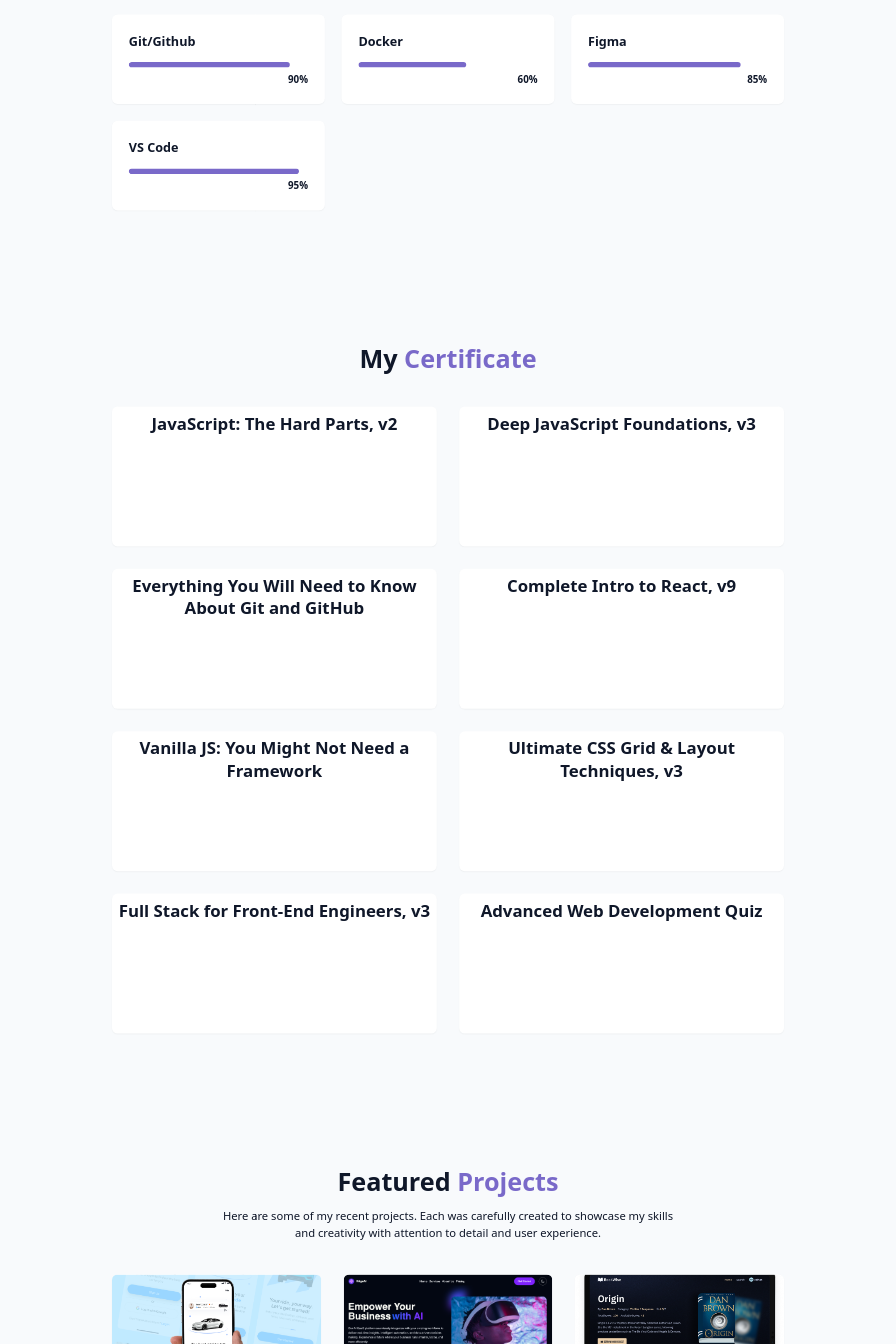
Repository: mOzariffard/Portfolio
Page: /
An editor plug-in stored every save of this project. The page is shown before and after a run of saves, followed by the edit.
The browser window is 1280 px wide. The pictures show the part of the page from y = 2412 to 4332 px (the page is 5240 px tall), at 70% of full size.
The project was rebuilt for these pictures with package versions that can differ from the ones it lists, and the page was loaded fresh each time. Also part of the build but not shown: vite.config.js, src/pages/NotFound.jsx.

Above is the page before, as saved 2025-06-30 15:29:04.

### src/App.jsx
import  Home from "./pages/Home"
import { BrowserRouter, Route, Routes } from "react-router-dom"
import NotFound from "./pages/NotFound"


function App() {

  return (
    <>
    <BrowserRouter>
    <Routes>
      <Route index element={<Home />} />
      <Route path="*" element={<NotFound />} />
    </Routes>
    </BrowserRouter>
    </>
  )
}

export default App

### src/pages/Home.jsx
import React from 'react'
import ThemeToggle from '@/components/ThemeToggle'
import StartBackground from '@/components/StartBackground'
import Navbar from '@/components/Navbar'
import HeroSection from '@/components/HeroSection'
import AboutSection from '@/components/AboutSection'
import SkillsSection from '@/components/SkillsSection'
import ProjectSection from '@/components/ProjectSection'
import CertificateSection from '../components/CertificateSection'

const Home = () => {
  return (
    <div className='min-h-screen bg-background text-foreground overflow-x-hidden'>
        {/*----------------Theme Toggle----------------*/}
        <ThemeToggle />
        {/*----------------Background Effects----------------*/}
        <StartBackground/>
        {/*----------------Nav Bar----------------*/}
        <Navbar/>
        {/*----------------Main Content----------------*/}
        <main>
        <HeroSection />
        <AboutSection />
        <SkillsSection />
        <CertificateSection />
        <ProjectSection />
        </main>
        {/*----------------Footer----------------*/}


    </div>
  )
}

export default Home

### src/components/ThemeToggle.jsx
import React, { useEffect, useState } from 'react'
import { Sun, Moon } from 'lucide-react'
import { cn } from '@/lib/utils';
const ThemeToggle = () => {
    const [isDarkMode, setIsDarkMode]= useState(false);

    useEffect(()=>{
        const storedTheme= localStorage.getItem('theme');
        if(storedTheme=== 'dark'){
            setIsDarkMode(true);
            document.documentElement.classList.add('dark');
        }else{
            localStorage.setItem('theme', 'light');
            setIsDarkMode(false);
        }
    },[])
    const toggleTheme=()=>{
        if(isDarkMode){
            document.documentElement.classList.remove('dark');
            localStorage.setItem('theme', 'light');
            setIsDarkMode(false);
        }else{
            document.documentElement.classList.add('dark');
            localStorage.setItem('theme', 'dark');
            setIsDarkMode(true);
        }
    }
  return (
    <button onClick={toggleTheme} className={cn(
        "fixed max-sm:hidden top-5 right-5 z-50 p-2 rounded-full transition-colors duration-300",
        "focus:outline-hidden")}>
        {isDarkMode ? <Sun className='h-6 w-6 text-yellow-300'/> : <Moon className='h-6 w-6 text-blue-900' />}
    </button>
  )
}

export default ThemeToggle

### src/components/StartBackground.jsx
import React, { useEffect, useState } from 'react'

// START has
// ID , SIZE , X , Y , OPACITY , ANIMATION DURATION
// METEOR has
// ID , SIZE , X , Y , DELAY , DURATION

const StartBackground = () => {
    const [stars,setStars]=useState([]);
    const [meteors,setMeteors]=useState([]);

    useEffect(()=>{
        generateStars();
        generateMeteors();

        const handleResize = ()=>{
            generateStars();
        };

        window.addEventListener('resize', handleResize);

        return ()=> window.removeEventListener('resize', handleResize);

    },[])

    const generateStars = () =>{
        const numbersOfStars = Math.floor(window.innerWidth * window.innerHeight /10000);

        const newStars=[];

        for(let i=0; i<numbersOfStars; i++){
            newStars.push({
                id: i,
                size: Math.random()* 3 + 1,
                x: Math.random()*100 ,
                y:  Math.random()*100,
                opacity: Math.random()*0.5 +0.5 ,
                animationDuration: Math.random()*4+2 ,
            });
        }

        setStars(newStars);
    };

    const generateMeteors = () =>{
        const numbersOfMeteors = 4;

        const newMeteors=[];

        for(let i=0; i<numbersOfMeteors; i++){
            newMeteors.push({
                id: i,
                size: Math.random()* 2 + 1,
                x: Math.random()* 100 ,
                y:  Math.random()* 20,
                delay: Math.random()* 15 ,
                animationDuration: Math.random()*3+3 ,
            });
        }

        setMeteors(newMeteors);
    };


  return (
    <div className='fixed inset-0 overflow-hidden pointer-events-none z-0 '>
        {stars.map((star)=>(
            <div
            key={star.id}
                className='star animate-pluse-subtle' style={{
                width:`${star.size}px` ,
                height: `${star.size}px`,
                left: `${star.x}%`,
                top: `${star.y}%`,
                opacity:`${star.opacity}` ,
                animationDuration: `${star.animationDuration}s`
            }} />
        ))}

        {meteors.map((meteor)=>(
            <div
            className='meteor animate-meteor'
            key={meteor.id}
            style={{
                width: `${meteor.size* 50}px`,
                height: `${meteor.size * 2}px`,
                left: `${meteor.x}%`,
                top: `${meteor.y}%`,
                animationDelay: `${meteor.delay}`,
                animationDuration: `${meteor.duration}s`
            }}
            />
        ))}
    </div>
  )
}

export default StartBackground

### src/components/Navbar.jsx
import React, { useState, useEffect } from 'react';
import { cn } from '@/lib/utils';
import { X , Menu } from 'lucide-react';

const navItems = [
    { name: 'Home', href: '#hero' },
    { name: 'About', href: '#about' },
    { name: 'Contact', href: '#contact' },
    { name: 'Certificate', href: '#Certificate' },
    { name: 'Skills', href: '#skills' },
    { name: 'Projects', href: '#projects' },
];

const Navbar = () => {
    const [isScrolled, setIsScrolled] = useState(false);
    const [isMenuOpen, setIsMenuOpen] = useState(false);

    useEffect(() => {
        const handleScroll = () => {
            setIsScrolled(window.scrollY > 10);
        };

        window.addEventListener('scroll', handleScroll);

        return () => window.removeEventListener('scroll', handleScroll);
    }, []);

    return (
        <nav
            className={cn(
                'fixed w-full z-40 transition-all duration-300',
                isScrolled ? 'py-3 bg-background/80 backdrop-blur-md shadow-xs' : 'py-6'
            )}
        >
            <div className="container flex items-center justify-between">
                <a href="#hero" className="text-xl font-bold text-primary flex items-center">
                    <span className="relative z-10">
                        <span className="text-glow text-foreground">mOzariffard</span> Portfolio
                    </span>
                </a>

                {/* DESKTOP NAV */}
                <div className="hidden md:flex space-x-6">
                    {navItems.map((item, key) => (
                        <a
                            key={key}
                            href={item.href}
                            className="text-foreground/80 hover:text-primary transition-colors duration-300"
                        >
                            {item.name}
                        </a>
                    ))}
                </div>

                {/* MOBILE NAV */}
                <button onClick={() => setIsMenuOpen((prev)=> !prev)}
                className='md:hidden p-2 text-foreground z-50'
                aria-label={!isMenuOpen ? 'Close Menu': 'Open Menu'}
                >
                {isMenuOpen ? <X size={24} /> : <Menu size={24} />}
                </button>

                <div
                    className={cn(
                        'fixed inset-0 bg-background/90 backdrop-blur-md z-40 flex flex-col items-center justify-center',
                        'transition-all duration-300 md:hidden',
                        isMenuOpen ? 'opacity-100 pointer-events-auto' : 'opacity-0 pointer-events-none'
                    )}
                >
                    <div className="flex flex-col space-y-8 text-xl">
                        {navItems.map((item, key) => (
                            <a
                                key={key}
                                href={item.href}
                                className="text-foreground/80 hover:text-primary transition-colors duration-300"
                                onClick={() => setIsMenuOpen(false)}
                            >
                                {item.name}
                            </a>
                        ))}
                    </div>
                </div>
            </div>
        </nav>
    );
};

export default Navbar;

### src/components/HeroSection.jsx
import { ArrowDown } from 'lucide-react'
import React from 'react'

const HeroSection = () => {
  return (
    <section id='hero' className='relative min-h-screen flex flex-col items-center justify-center px-4'>
        <div className='container max-w-4xl mx-auto text-center z-10'>
            <div className='space-y-6'>
                <h1 className='text-4xl md:text-6xl font-bold tracking-tight'>
                <span className='opacity-0 animate-fade-in' >Hi, I'm</span>
                <span className='text-primary opacity-0 animate-fade-in-delay-1'> Reza</span>
                <span className='text-gradient ml-2 opacity-0 animate-fade-in-delay-2'> Zariffard</span>
                </h1>
                <p className='text-lg md:text-xl text-muted-foreground max-2-2xl mx-auto opacity-0 animate-fade-in-delay-3'>
                    I create steller web experiences with modern technologies.
                    Specializing in front-end development, I build intesfacet
                    that are both beautiful and functional.
                </p>
                <div className='pt-4 opacity-0 animate-fade-in-delay-4'>
                    <a href="#projects" className='cosmic-button'> View My Work</a>
                </div>
            </div>
        </div>

        <div className='absolute bottom-8 left-1/2 transform -translate-x-1/2 flex flex-col items-center animate-bounce'>
        <span className='text-sm text-muted-forgeround mb-2'> Scroll</span>
        <ArrowDown className='h-5 w-5 text-primary'/>
        </div>
    </section>
  )
}

export default HeroSection

### src/components/SkillsSection.jsx
import React, { useState, useEffect } from 'react'
import {cn} from '@/lib/utils';
import CountUp from 'react-countup';

const skills = [
  // Frontend Skills
  {name: 'HTML/CSS', level: 95, category: 'frontend'},
  {name: 'JavaScript', level: 95, category: 'frontend'},
  {name: 'React', level: 80, category: 'frontend'},
  {name: 'TypeScript', level: 78, category: 'frontend'},
  {name: 'Tailwind CSS', level: 90, category: 'frontend'},
  {name: 'Next.js', level: 70, category: 'frontend'},
  {name: 'Redux', level: 60, category: 'frontend'},
  // Backend Skills
  {name: 'Node.js', level: 78, category: 'backend'},
  {name: 'Express', level: 70, category: 'backend'},
  {name: 'MongoDB', level: 67, category: 'backend'},
  {name: 'GraphQL', level: 65, category: 'backend'},
  {name: 'PostgreSQL', level: 60, category: 'backend'},
  // Tools Skills
  {name: 'Git/Github', level: 90, category: 'tools'},
  {name: 'Docker', level: 60, category: 'tools'},
  {name: 'Figma', level: 85, category: 'tools'},
  {name: 'VS Code', level: 95, category: 'tools'},
];

const categories = ['all', 'frontend', 'backend', 'tools'];

// Individual Skill Item Component
const SkillItem = ({ skill, index, isVisible }) => {
  const [animatedWidth, setAnimatedWidth] = useState(0);

  useEffect(() => {
    if (isVisible) {
      // Small delay for staggered animation
      const timer = setTimeout(() => {
        setAnimatedWidth(skill.level);
      }, index * 100);

      return () => clearTimeout(timer);
    } else {
      setAnimatedWidth(0);
    }
  }, [isVisible, skill.level, index]);

  return (
    <div className='bg-card p-6 rounded-lg shadow-xs card-hover'>
      <div className='text-left mb-4'>
        <h3 className='font-semibold text-lg'>{skill.name}</h3>
      </div>

      {/* SKILLS PROGRESS BAR */}
      <div className='w-full bg-secondary/50 h-2 rounded-full overflow-hidden'>
        <div
          className='bg-primary h-2 rounded-full origin-left transition-all duration-2000 ease-out'
          style={{
            width: `${animatedWidth}%`,
            transitionDelay: `${index * 100}ms`
          }}
        />
      </div>

      <div className='text-right mt-1'>
        <span className='text-sm font-semibold text-muted-foreground'>
          {isVisible ? (
            <CountUp
              end={skill.level}
              duration={2.5}
              delay={index * 0.1}
            />
          ) : 0}%
        </span>
      </div>
    </div>
  );
};

const SkillsSection = () => {
  const [activeCategory, setActiveCategory] = useState('all');
  const [isVisible, setIsVisible] = useState(false);

  const filteredSkills = skills.filter((skill) =>
    activeCategory === 'all' || skill.category === activeCategory
  );

  useEffect(() => {
    // Trigger animation when component mounts or category changes
    setIsVisible(false);
    const timer = setTimeout(() => {
      setIsVisible(true);
    }, 100);

    return () => clearTimeout(timer);
  }, [activeCategory]);

  return (
    <section id='skills' className='py-24 px-4 relative bg-secondary/30'>
      {/* CONTAINER OF SKILLS */}
      <div className='container mx-auto max-w-5xl'>
        <h2 className='text-3xl md:text-4xl font-bold mb-12 text-center'>
          My <span className='text-primary'> Skills </span>
        </h2>

        {/* CATEGORIES OF SKILLS */}
        <div className='flex flex-wrap justify-center gap-4 mb-12'>
          {categories.map((category, index) => (
            <button
              key={index}
              onClick={() => setActiveCategory(category)}
              className={cn(
                'px-5 py-2 rounded-full transition-colors duration-300 capitalize',
                activeCategory === category
                  ? 'bg-primary text-primary-foreground'
                  : 'bg-secondary/70 text-foreground hover:bg-secondary'
              )}
            >
              {category}
            </button>
          ))}
        </div>

        {/* ITEMS OF SKILLS */}
        <div className='grid grid-cols-1 sm:grid-cols-2 lg:grid-cols-3 gap-6'>
          {filteredSkills.map((skill, index) => (
            <SkillItem
              key={`${skill.name}-${activeCategory}`}
              skill={skill}
              index={index}
              isVisible={isVisible}
            />
          ))}
        </div>
      </div>
    </section>
  )
}

export default SkillsSection

### src/components/CertificateSection.jsx
import React from 'react'

const certificates=[
  {
    id: 1,
    title: 'JavaScript: The Hard Parts, v2',
    description: 'Certified in full and more detail of JavaScript.',
    url: 'https://static.frontendmasters.com/ud/c/e0f3185036/fjjCYVxYTO/javascript-hard-parts-v2.pdf',
    issuedBy: 'Frontend Masters',
    dateIssued: '2023 Jan 30'
  },

  {

    id: 2,
    title: 'Deep JavaScript Foundations, v3',
    description: 'Certified in full and more detail of JavaScript, and functions of JavaScript .',
    url: 'https://static.frontendmasters.com/ud/c/e0f3185036/OnFYbrRoyf/deep-javascript-v3.pdf',
    issuedBy: 'Frontend Masters',
    dateIssued: 'Feb 10, 2025'
  },

  {
    id: 3,
    title: 'Everything You Will Need to Know About Git and GitHub',
    description: 'Certified in full about Git and Github.',
    url: 'https://static.frontendmasters.com/ud/c/e0f3185036/tNgMJoASup/everything-git.pdf',
    issuedBy: 'Frontend Masters',
    dateIssued: 'Feb 25, 2025'
  },

  {
    id: 4,
    title: 'Complete Intro to React, v9',
    description: 'Certified in full about React.',
    url: 'https://static.frontendmasters.com/ud/c/e0f3185036/hixpadIGiV/complete-react-v9.pdf',
    issuedBy: 'Frontend Masters',
    dateIssued: 'Feb 22, 2025'
  },

  {
    id: 5,
    title: 'Vanilla JS: You Might Not Need a Framework',
    description: 'Certified in full about Vanilla.js.',
    url: 'https://static.frontendmasters.com/ud/c/e0f3185036/wQwRoiyplO/vanilla-js-apps.pdf',
    issuedBy: 'Frontend Masters',
    dateIssued: ' Mar 1, 2025'
  },

  {
    id: 6,
    title: 'Ultimate CSS Grid & Layout Techniques, v3',
    description: 'Certified in full about CSS Grid and Layout Techniques.',
    url: 'https://static.frontendmasters.com/ud/c/e0f3185036/rZsEMefivz/css-grid.pdf',
    issuedBy: 'Frontend Masters',
    dateIssued: 'Mar 5, 2025'
  },

  {
    id: 7,
    title: 'Full Stack for Front-End Engineers, v3',
    description: 'Certified in full of the all part of Front-End Engineers .',
    url: 'https://static.frontendmasters.com/ud/c/e0f3185036/pApqiQbIWA/fullstack-v3.pdf',
    issuedBy: 'Frontend Masters',
    dateIssued: 'Mar 17, 2025'
  },

  {
    id: 8,
    title: 'Advanced Web Development Quiz',
    description: 'Certified in full about Advanced Web Development.',
    url: 'https://static.frontendmasters.com/ud/c/e0f3185036/jAQKBnHoVn/web-dev-quiz.pdf',
    issuedBy: 'Frontend Masters',
    dateIssued: 'Feb 25, 2025'
  }
]



const CertificateSection = () => {
  return (
   <section id='certificate' className='py-24 px-4 sm:px-6 lg:px-8 bg-secondary/30'>
    <div className='container mx-auto max-w-5xl'>
      <h2 className='text-3xl md:text-4xl font-bold mb-12 text-center'>
        My <span className='text-primary'> Certificate </span>
      </h2>
      {/* BOX OF CERTIFICATE */}

      <div className='grid sm:grid-cols-1 md:grid-cols-2 ls: grid-cols-3 gap-8'>
          {certificates.map((certificate , index)=>(
            <div className='group bg-card rounded-lg overflow-hidden shadow-xs card-hover'>
            <div className='h-50 overflow-hidden'>
              <h1 className='text-2xl font-bold text-center p-2 '>
                {certificate.title}
              </h1>
             </div>
            </div>

          ))}
      </div>

    </div>
   </section>
  )
}

export default CertificateSection

Loaded but not shown: index.html (common file); src/main.jsx (common file); src/index.css (common file); src/lib/utils.js (8 lines, source omitted); src/components/ProjectSection.jsx (166 lines, source omitted); src/components/AboutSection.jsx (128 lines, source omitted)

After the next 2 saves:
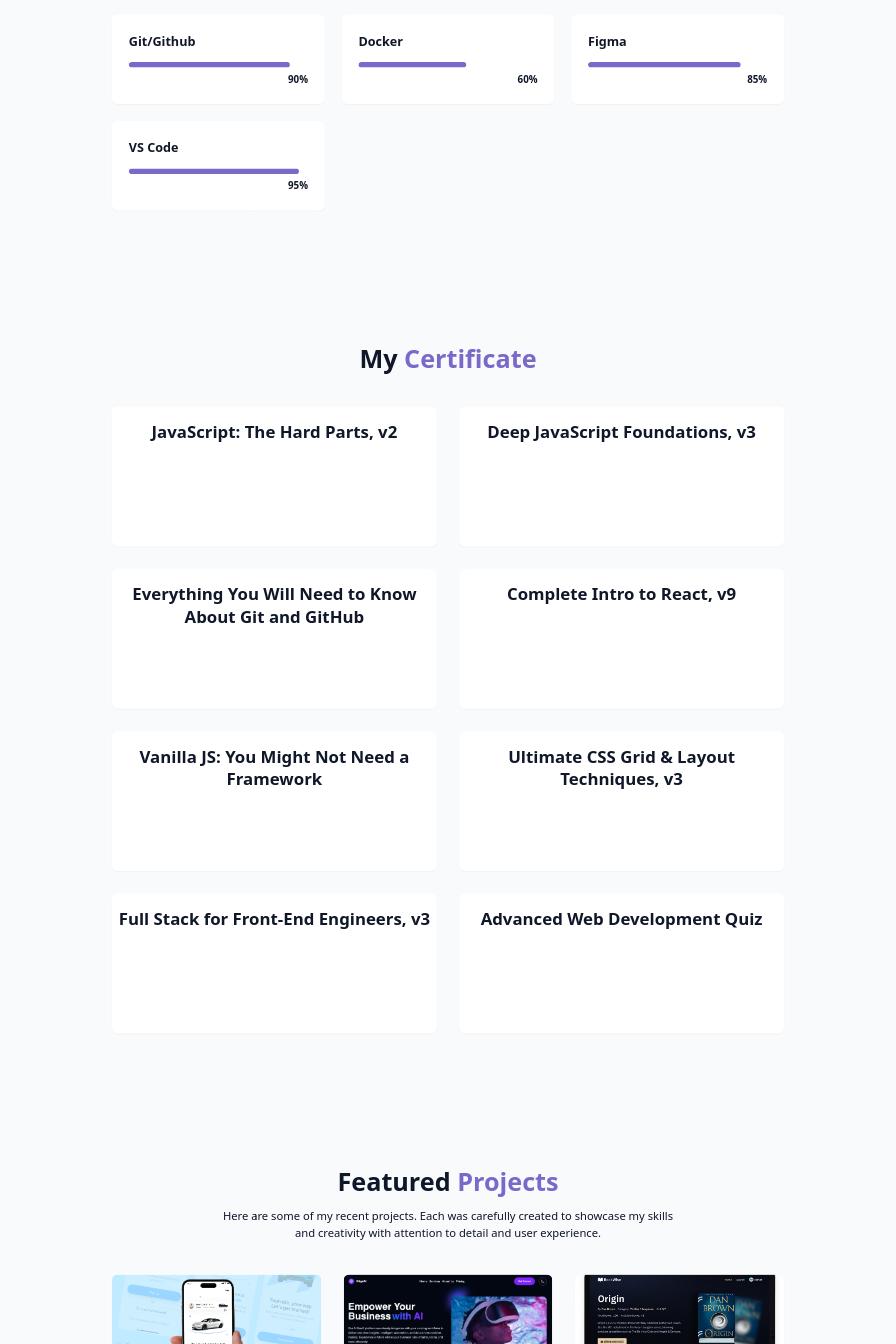
The 2 saves are shown as one change because they came seconds apart.
The last was saved 5 min 13 s later.
--- a/src/components/CertificateSection.jsx
+++ b/src/components/CertificateSection.jsx
@@ -90,9 +90,12 @@ const CertificateSection = () => {
           {certificates.map((certificate , index)=>(
             <div className='group bg-card rounded-lg overflow-hidden shadow-xs card-hover'>
             <div className='h-50 overflow-hidden'>
-              <h1 className='text-2xl font-bold text-center p-2 '>
+              <h1 className='text-2xl font-bold text-center p-2 mt-3 '>
                 {certificate.title}
               </h1>
+
+
+
              </div>
             </div>
 
